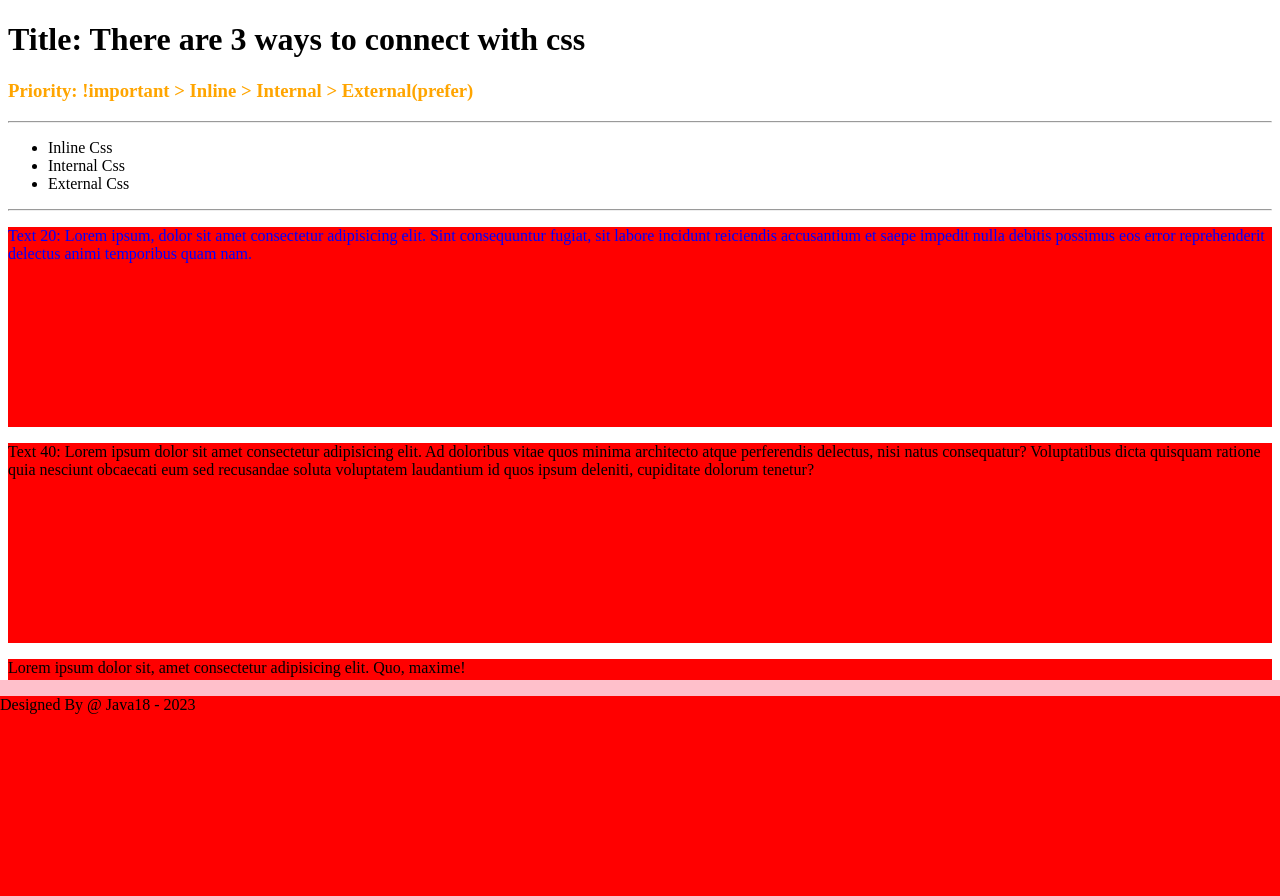
Repository: j4tdn/java18-repository
Page: 2. CSS3/ex02-css-selector-class-id.html
The author's editor kept a copy of each file at every save. The page is drawn from the files as they stood at one save, then again after the next save.
The browser window is 1280 px wide. The pictures show the whole page.

Above is the page before, as saved 2023-10-21 18:00:20.

After the next save:
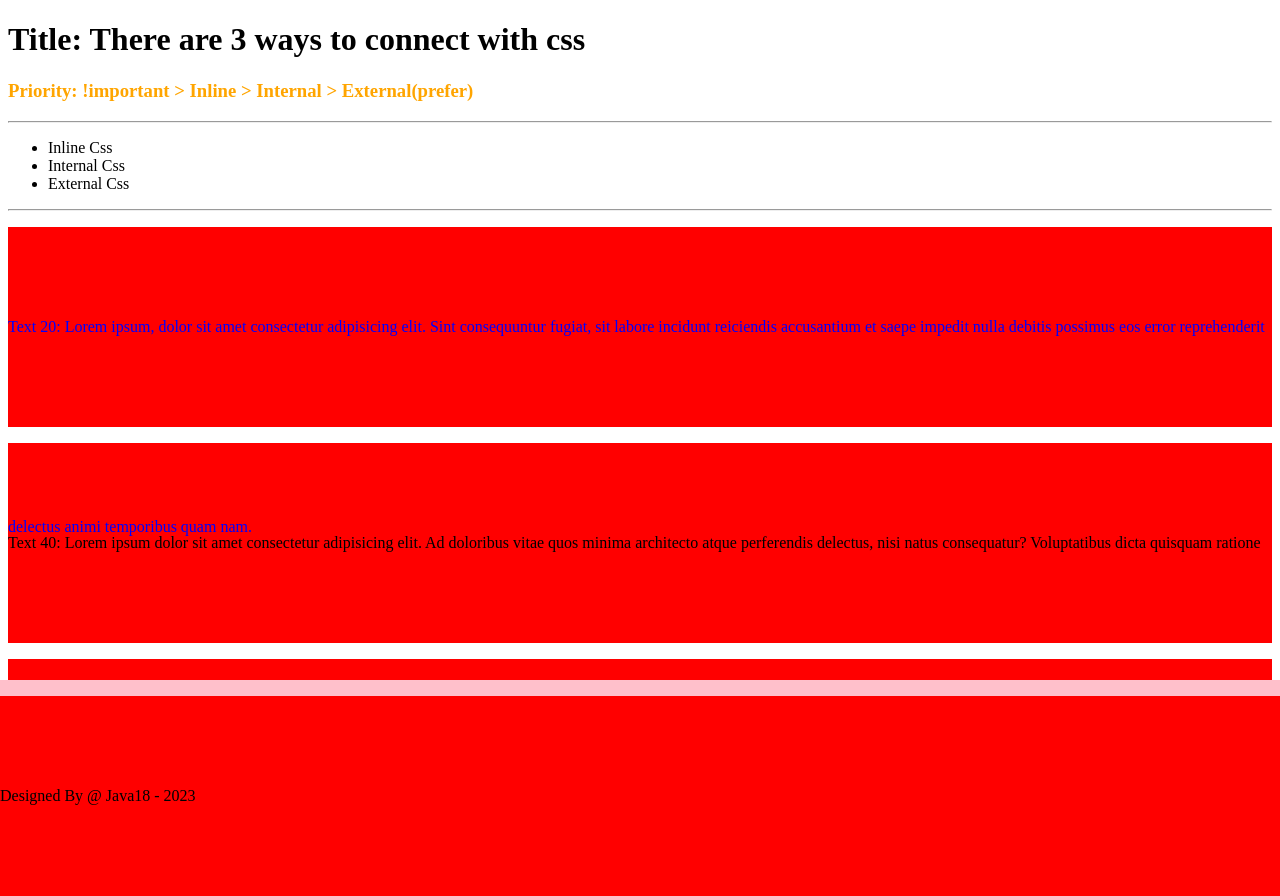
Saved 22 s later.
--- a/2. CSS3/css/style-base.css
+++ b/2. CSS3/css/style-base.css
@@ -21,5 +21,6 @@
 }
 p {
   height: 200px;
+  line-height: 200px;
   background-color: red;
 }
